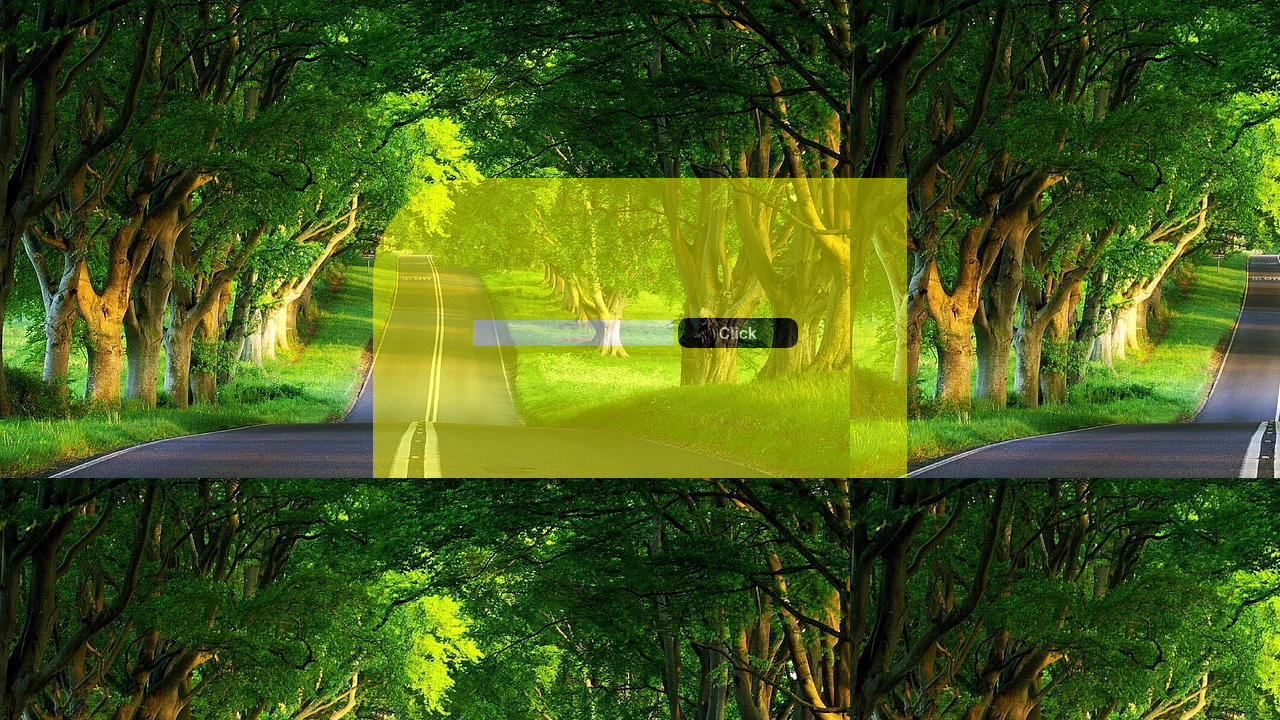
Repository: prashantkumarbind/Hospital-Weather-Concept
Page: http://localhost/weather-app/
An editor plug-in stored every save of this project. The page is shown before and after the next save, followed by the edit.
The browser window is 1280 px wide. The pictures show the whole page.
The page is served by Tomcat 9.

Above is the page before, as saved 2024-01-19 07:41:51.

After the next save:
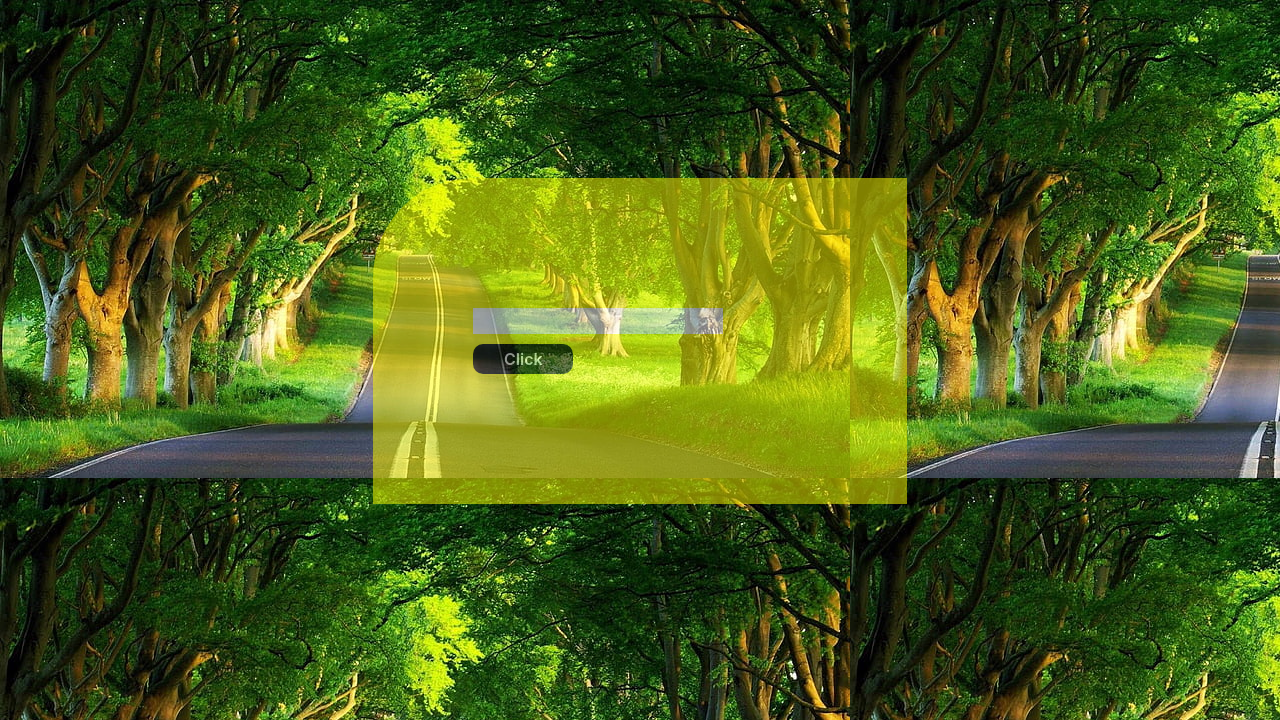
Saved 27 s later.
--- a/weather-app/src/main/webapp/index.jsp
+++ b/weather-app/src/main/webapp/index.jsp
@@ -25,7 +25,7 @@
 		margin-top:10px;
 		text-align: center;
 		justify-content:end;
-		width:120px;
+		width:100px;
 		border-radius:10px;
 		font-weight:600;
 		border:none;
@@ -37,7 +37,7 @@
 	}
 	.text-design{
 		border:none;
-		width:200px;
+		width:250px;
 	}
 </style>
 </head>
